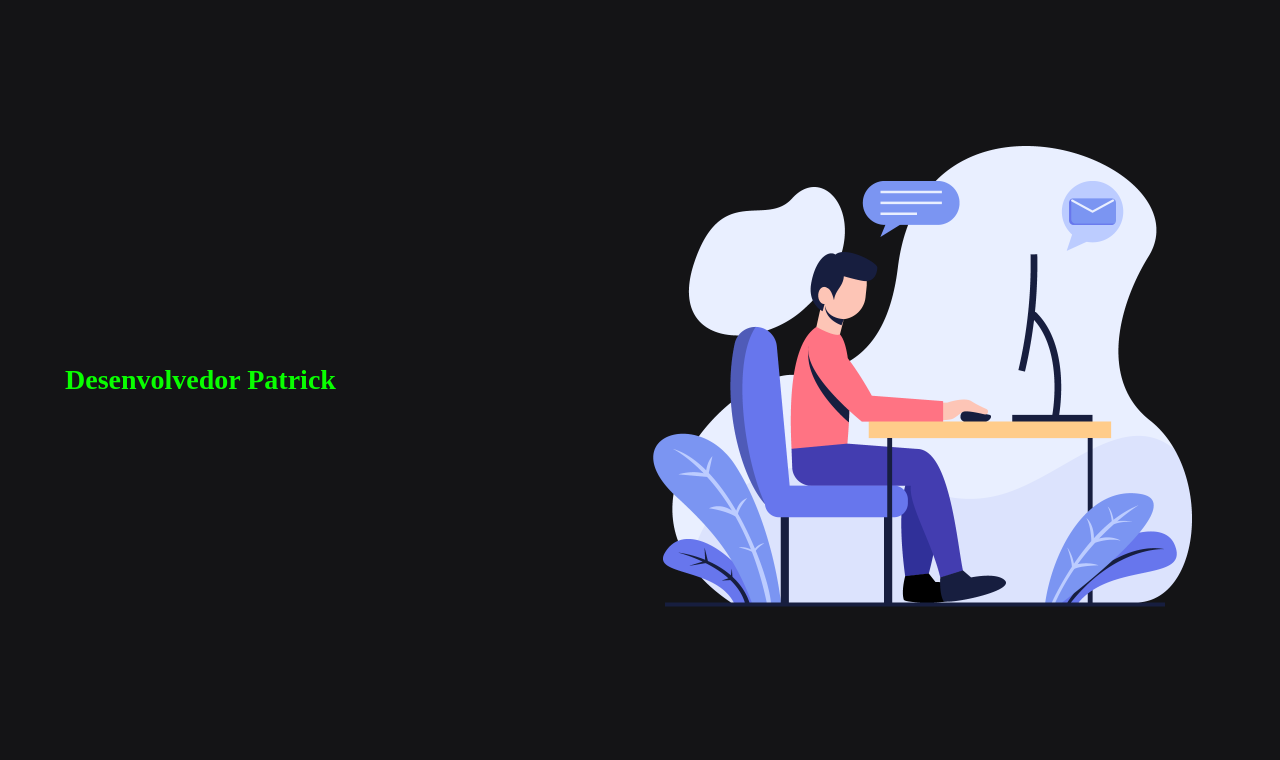
Repository: PatrickAlmeida007/aula1811
Page: index.html
These files come from the project's save history. The page is drawn as it stood at one moment and after the next save; the edit follows.
The browser window is 1280 px wide. The pictures show the whole page.

Above is the page before, as saved 2023-11-18 15:33:43.

After the next save:
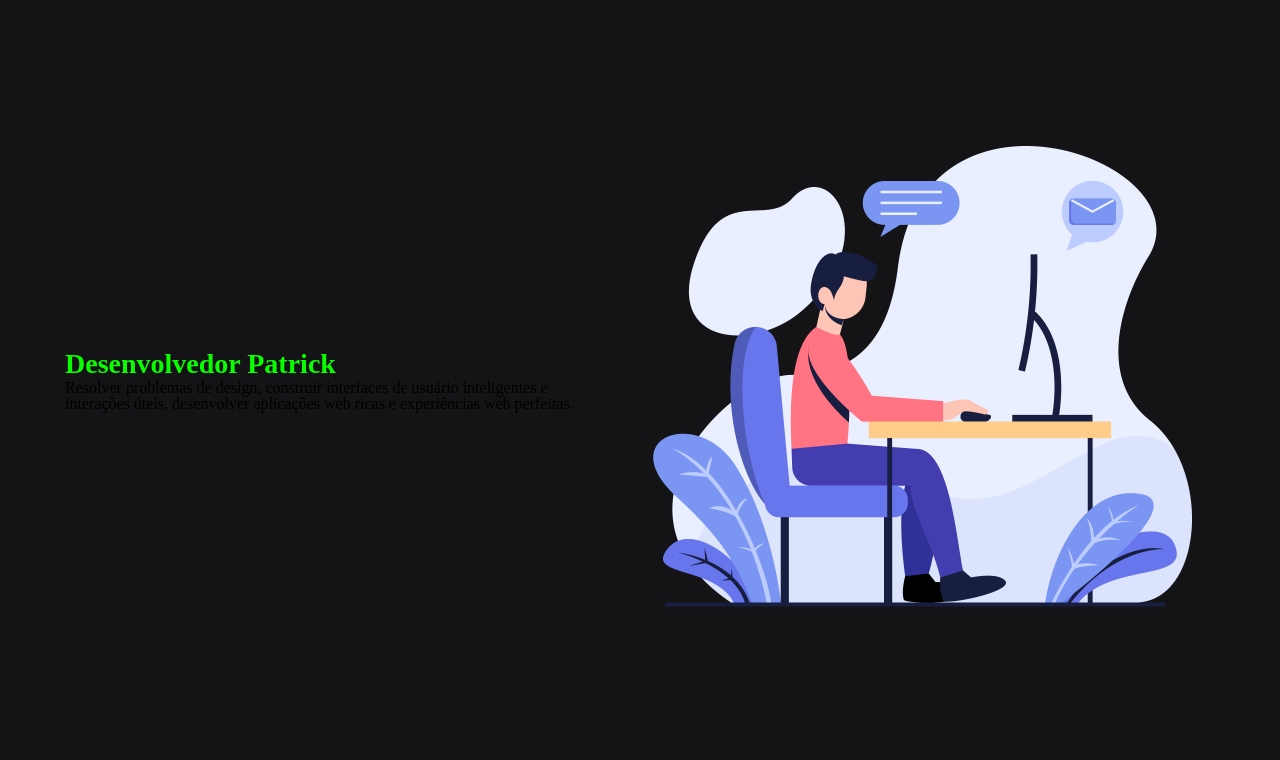
Saved 8 s later.
--- a/index.html
+++ b/index.html
@@ -16,7 +16,7 @@
                         Desenvolvedor Patrick
                     </h1>
                     <p class="sobre__decricacao">
-
+                        Resolver problemas de design, construir interfaces de usuário inteligentes e interações úteis, desenvolver aplicações web ricas e experiências web perfeitas.
                     </div>
                     <div class="sobre__imagem">
                         <img src="./imagens/campiuter gai.png" alt="computer-guy">
